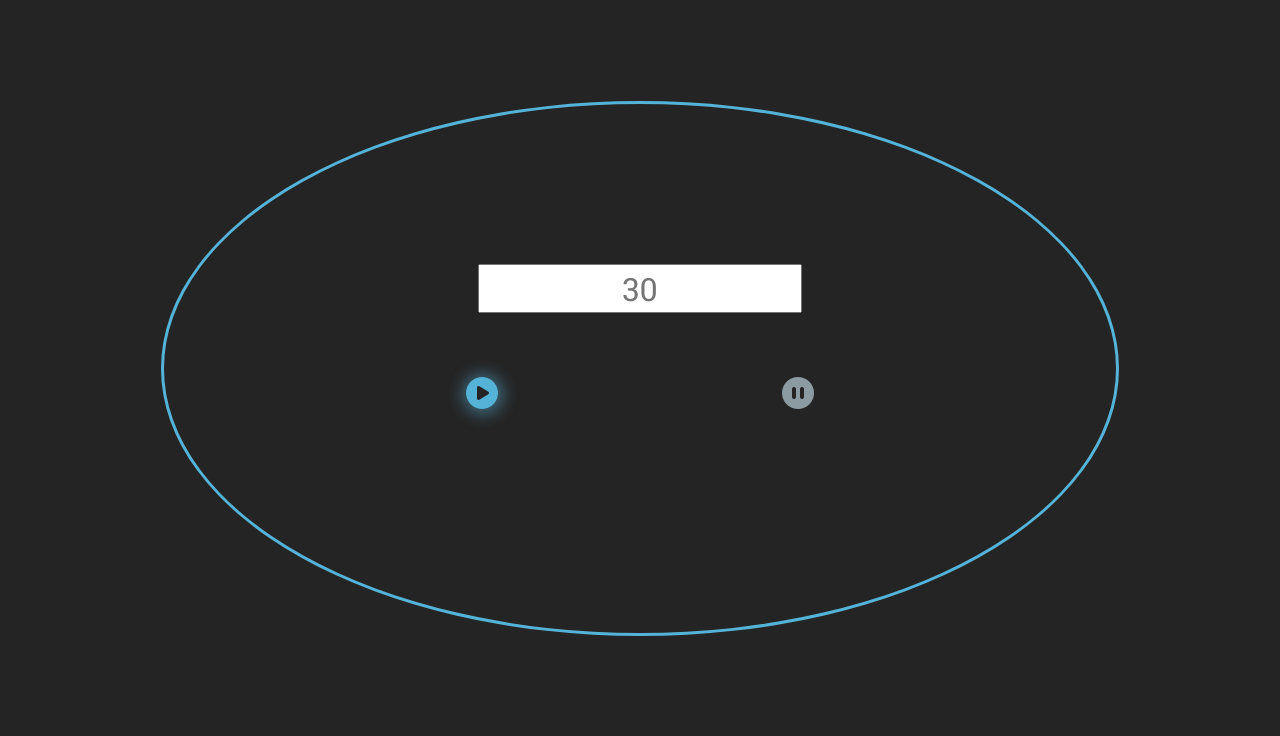
Repository: Sbethm/javascript-challenges
Page: index.html
The author's editor kept a copy of each file at every save. The page is drawn from the files as they stood at one save, then again after the next save.
The browser window is 1280 px wide. The pictures show the whole page.
Some web libraries are served in a nearby version. The style sheet was rebuilt from its Sass, Less or Tailwind sources for each picture, by a compiler version that may differ from the author's.

Above is the page before, as saved 2021-09-17 09:54:50.

After the next save:
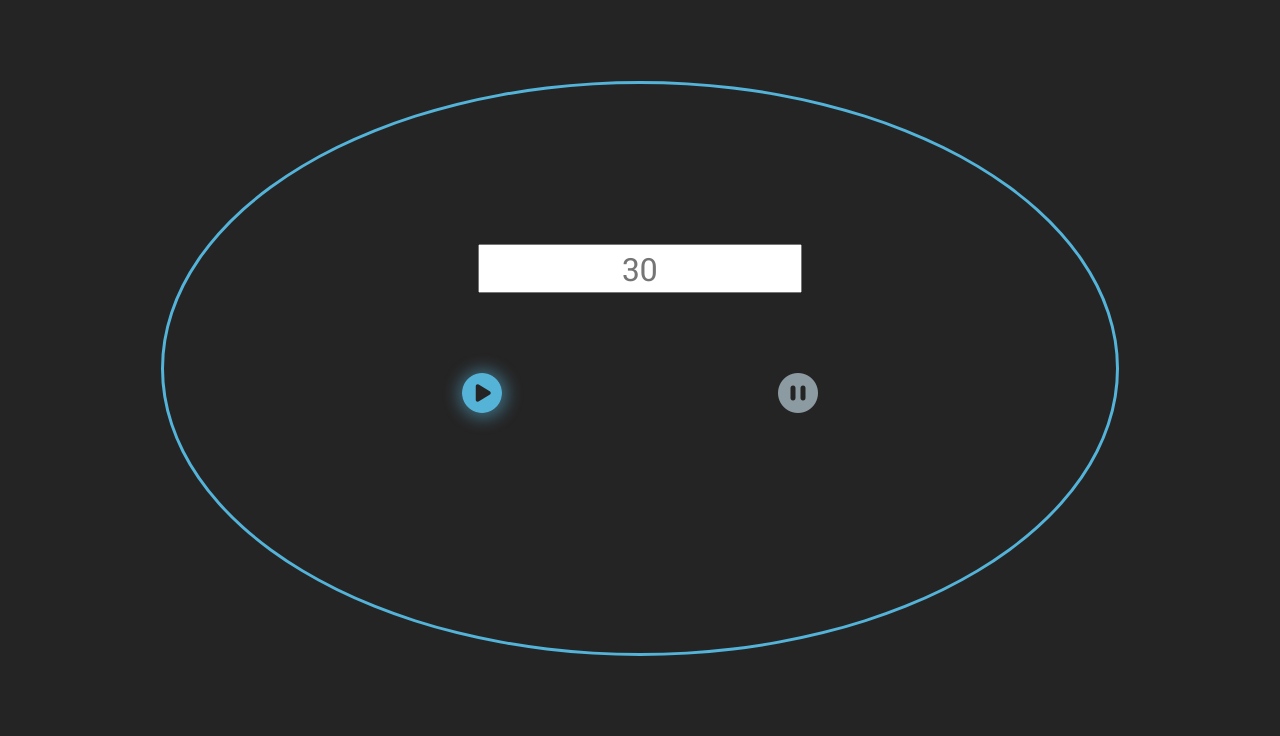
Saved 11 s later.
--- a/SCSS/main.scss
+++ b/SCSS/main.scss
@@ -36,7 +36,7 @@ input {
 
 i {
     margin: 2em auto;
-    font-size: clamp(1rem, 2rem, 2.5rem);
+    font-size: clamp(1rem, 4rem, 2.5rem);
     border-radius: 50%;
 }
 
